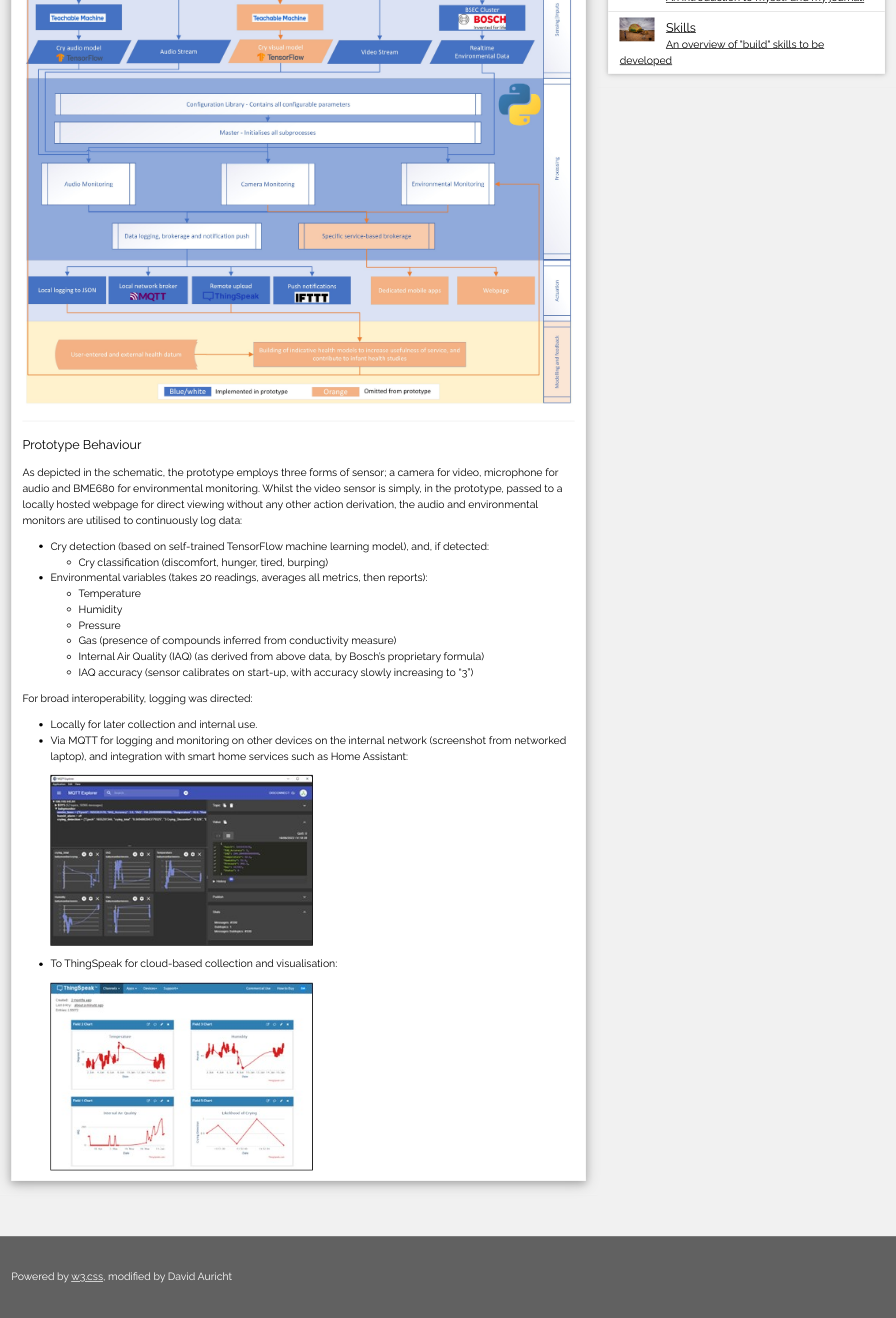
Repository: TodaysSawyer/cecs_8001_journal
Page: CECS_8001_build_journal/maker_project.html
The author's editor kept a copy of each file at every save. The page is drawn from the files as they stood at one save, then again after the next save.
The browser window is 1280 px wide. The pictures show the part of the page from y = 1030 to 2950 px (the page is 2913 px tall before and 2950 px after), at 70% of full size.

Above is the page before, as saved 2022-08-23 10:24:29.

### CECS_8001_build_journal/maker_project.html
<!--Site layout and design credit goes to W3 Schools' "Blog template" from https://www.w3schools.com/w3css/tryw3css_templates_blog.htm-->
<!--Modifications and content by David Auricht-->

<!DOCTYPE html>
<html>
<head>
<title>David Auricht's Cybernetics Build Journal</title>
<meta charset="UTF-8">
<meta name="viewport" content="width=device-width, initial-scale=1">
<link rel="stylesheet" href="https://www.w3schools.com/w3css/4/w3.css">
<link rel="stylesheet" href="https://fonts.googleapis.com/css?family=Raleway">
<style>
body,h1,h2,h3,h4,h5 {font-family: "Raleway", sans-serif}
</style>
</head>
<body class="w3-light-grey">

<!-- w3-content defines a container for fixed size centered content,
and is wrapped around the whole page content, except for the footer in this example -->
<div class="w3-content" style="max-width:1400px">

<!-- Header -->
<header class="w3-container w3-center w3-padding-32">
  <h1><b>Master of Applied Cybernetics - CECS8001 – Build Journey</b></h1>
  <p>David Auricht - U7446851</p>
</header>

<!-- Grid -->
<div class="w3-row">

<!-- Blog entries -->
<div class="w3-col l8 s12">
  <!-- Blog entry -->
  <div class="w3-card-4 w3-margin w3-white">
    <div class="w3-container">
      <h3><b>Maker Project</b></h3>
    </div>

    <div class="w3-container">
      <h6>Covered: Skills 1, 2, 3</h6>
      <p>The Individual Maker Project was a key pressing matter and drew upon, to varying degrees, all three target skills. With a goal of building a “cybernetic” baby monitor, and in order of skills, I would need:</p>
      <ol>
        <li>Coding - writing a large library of bespoke Python, operating on a Raspberry Pi to support key objectives of environmental monitoring, cry detection and classification utilising a machine learning model, data logging and smart notifications, and a real-time video stream.</li>
        <li>Physical “making” - soldering sensors and mounting components.</li>
        <li>Project managing - setting a defined set of goals, working to an iterative model that aims to ensure a functional product at multiple intervals in line with hitting a strict demo-day deadline.</li>
      </ol>
      <p>I found myself barrelling down ever more rabbit holes as I iterated from a simple BME280-based environmental sensor to a fully-featured prototype. To extract from CECS6001 Assessment 2B writings:</p>
      <i>
        <p>In the prototype phase, boundaries of the product will be strictly defined by the creator. In particular, the functions that sit outside these boundaries are:</p>
        <ul>
          <li>Implementation of only a single degree of machine-learning enabled monitoring (audio).</li>
          <li>No dedicated web interface (although camera feed was made available in a simple webform).</li>
          <li>No dedicated applications for direct mobile interfacing.</li>
          <li>No analysis of captured data or cross-referencing with health studies and outcomes.</li>
          <li>No “feedback” of captured data or data analysis into the models and processes.</li>
        </ul>
        <p>Further to this, the physical design of the prototype is limited as a bare Raspberry Pi with USB microphone, wired and bare environmental sensor, and ribbon-connected, unhoused, camera.  The lack of housing, and inability to suitably mount the sensors without utilising twisted wire, is far from marketable or usable in an average household scenario.</p>
      </i>
      <p>Please refer to the following page for a schematic of the Maker Project, covering ultimate goal and prototype implementation, and feel free to review the committed code at <a href="https://gitlab.cecs.anu.edu.au/u7446851/cecs_8001_s1_maker" target="_blank">https://gitlab.cecs.anu.edu.au/u7446851/cecs_8001_s1_maker</a>(please ask me for access as required, as I’m not comfortable with making it public in the present state).</p>
      <p><a href = "maker_schematic.jpg" target = "_blank"><img src="maker_schematic.jpg" alt="Maker project: Overall schematic" style="width:100%" ></a></p>
      <hr>

      <h5>Prototype Behaviour</h5>
      <p>As depicted in the schematic, the prototype employs three forms of sensor; a camera for video, microphone for audio and BME680 for environmental monitoring. Whilst the video sensor is simply, in the prototype, passed to a locally hosted webpage for direct viewing without any other action derivation, the audio and environmental monitors are utilised to continuously log data:</p>
      <ul>
        <li>Cry detection (based on self-trained TensorFlow machine learning model), and, if detected:</li>
        <ul>
          <li>Cry classification (discomfort, hunger, tired, burping)</li>
        </ul>
        <li>Environmental variables (takes 20 readings, averages all metrics, then reports):</li>
        <ul>
          <li>Temperature</li>
          <li>Humidity</li>
          <li>Pressure</li>
          <li>Gas (presence of compounds inferred from conductivity measure)</li>
          <li>Internal Air Quality (IAQ) (as derived from above data, by Bosch’s proprietary formula)</li>
          <li>IAQ accuracy (sensor calibrates on start-up, with accuracy slowly increasing to “3”)</li>
        </ul>
      </ul>
      <p>For broad interoperability, logging was directed:</p>
      <ul>
        <li>Locally for later collection and internal use.</li>
        <li>Via MQTT for logging and monitoring on other devices on the internal network (screenshot from networked laptop), and integration with smart home services such as Home Assistant:</li>
        <p><img src="maker_mqtt.jpg" alt="Maker project: MQTT logging" style="width:50%" class="center"></p>
        <li>To ThingSpeak for cloud-based collection and visualisation:</li>
        <p><img src="maker_ts.jpg" alt="Maker project: ThingSpeak logging" style="width:50%" class="center"></p>
      </ul>


    </div>
  </div>
  <hr>
<!-- END BLOG ENTRIES -->
</div>

<!-- Sidebar -->
<div class="w3-col l4">
  <!-- About Card -->
  <div class="w3-card w3-margin w3-margin-top">
  <img src="home_dave_profile.jpg" style="width:100%">
    <div class="w3-container w3-white">
      <h4><b>Dave</b></h4>
      <p>"Recovering Professional Cynic"</p>
      <p>With a background in software testing, and management thereof, I come to the programme loking to hone broader interests in modern and emerging technologies and the benefits I hope they can provide to society.</p>
    </div>
  </div><hr>

  <!-- Posts -->
  <div class="w3-card w3-margin">
    <div class="w3-container w3-padding">
      <h4>Entries</h4>
    </div>
    <ul class="w3-ul w3-hoverable w3-white">
      <li>
         <a href="index.html" target="_self">
         <img src="sidebar_intro_icon.jpg" alt="Image" class="w3-left w3-margin-right" style="width:50px">
         <span class="w3-large">Intro</span><br>
         <span>An introduction to myself and my journal.</span>
         </a>
      </li>
      <li>
        <a href="skills.html" target="_self">
        <img src="skills_balloon.jpg" alt="Image" class="w3-left w3-margin-right" style="width:50px">
        <span class="w3-large">Skills</span><br>
        <span>An overview of "build" skills to be developed</span>
        </a>
     </li>
    </ul>
  </div>
  <hr>

<!-- END Sidebar -->
</div>

<!-- END GRID -->
</div><br>

<!-- END w3-content -->
</div>

<!-- Footer -->
<footer class="w3-container w3-dark-grey w3-padding-32 w3-margin-top">
  <p>Powered by <a href="https://www.w3schools.com/w3css/default.asp" target="_blank">w3.css</a>, modified by David Auricht</p>
</footer>

</body>
</html>

After the next save:
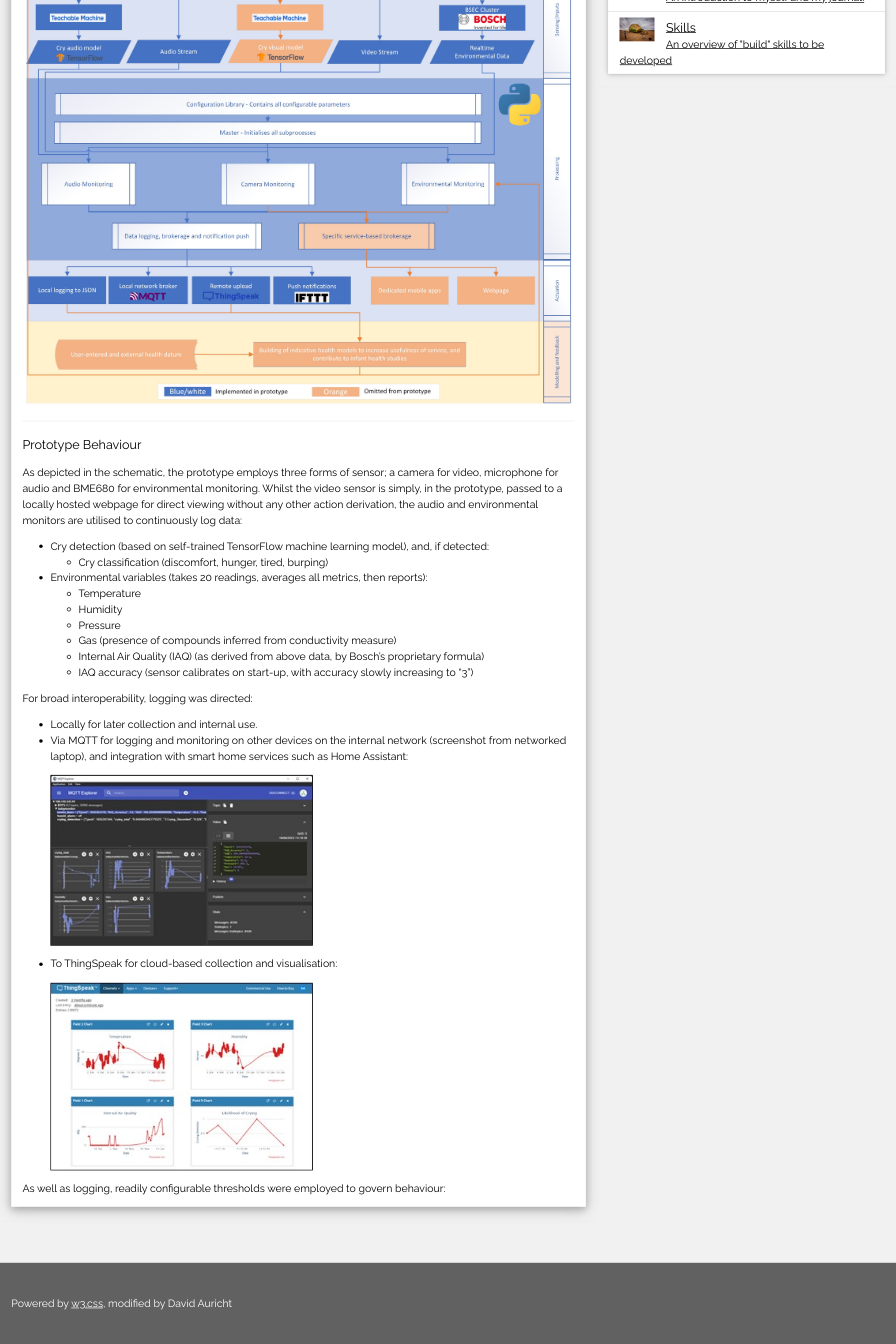
Saved 10 min 2 s later.
--- a/CECS_8001_build_journal/maker_project.html
+++ b/CECS_8001_build_journal/maker_project.html
@@ -85,6 +85,7 @@
         <li>To ThingSpeak for cloud-based collection and visualisation:</li>
         <p><img src="maker_ts.jpg" alt="Maker project: ThingSpeak logging" style="width:50%" class="center"></p>
       </ul>
+      <p bgcolor=”#800000" >As well as logging, readily configurable thresholds were employed to govern behaviour:</p>
 
 
     </div>
